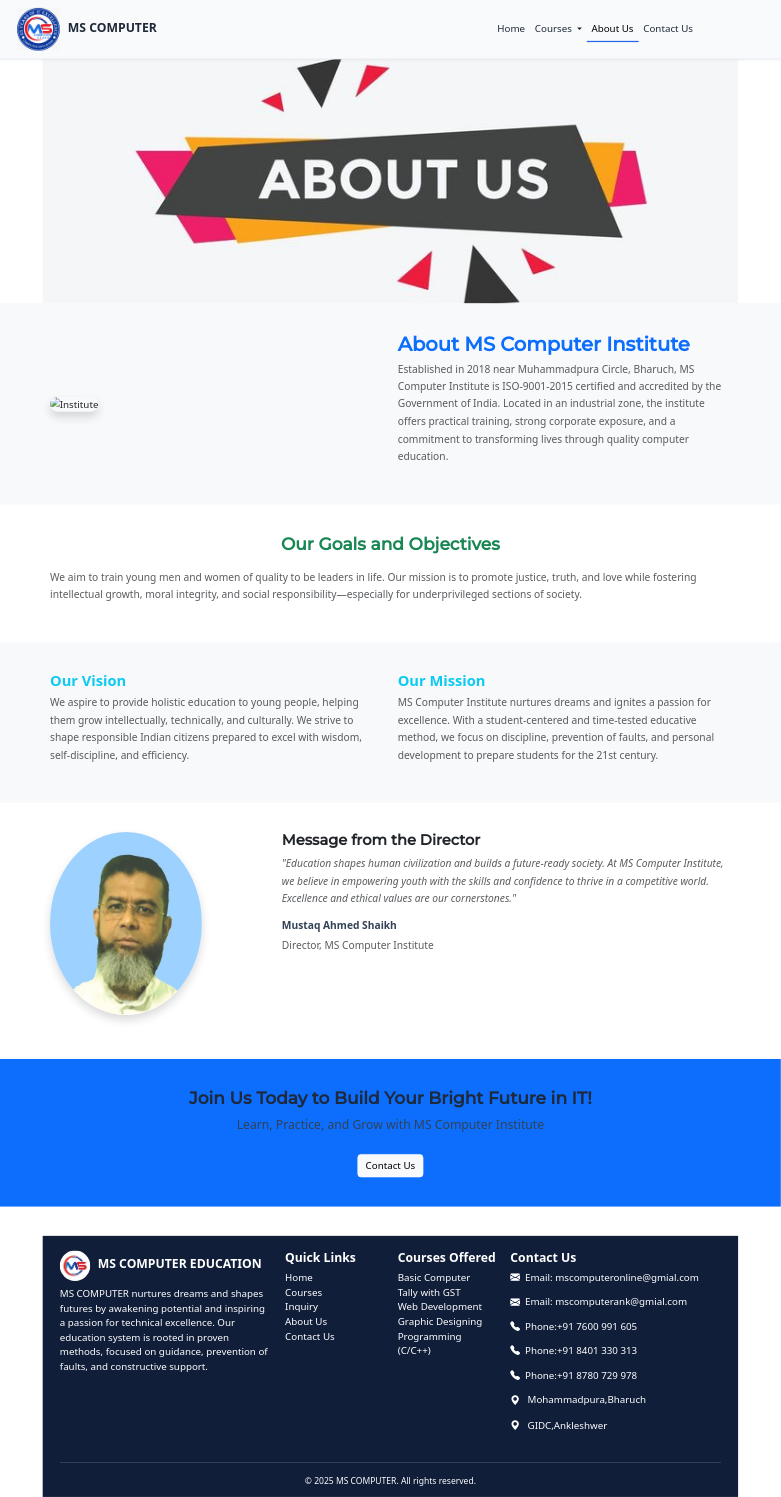
Repository: mscomputer2025/mscomputer
Page: http://localhost/aboutus
An editor plug-in stored every save of this project. The page is shown before and after the next save, followed by the edit.
The browser window is 1280 px wide. The pictures show the whole page, at 61% of full size.
Some web fonts or font styles are not loaded; a fallback is used. The page is served by the project's Laravel application, run on PHP 8.4 with Laravel 12. Queries for data that is not in the repository find no rows.

Above is the page before, as saved 2025-07-03 20:45:53.

After the next save:
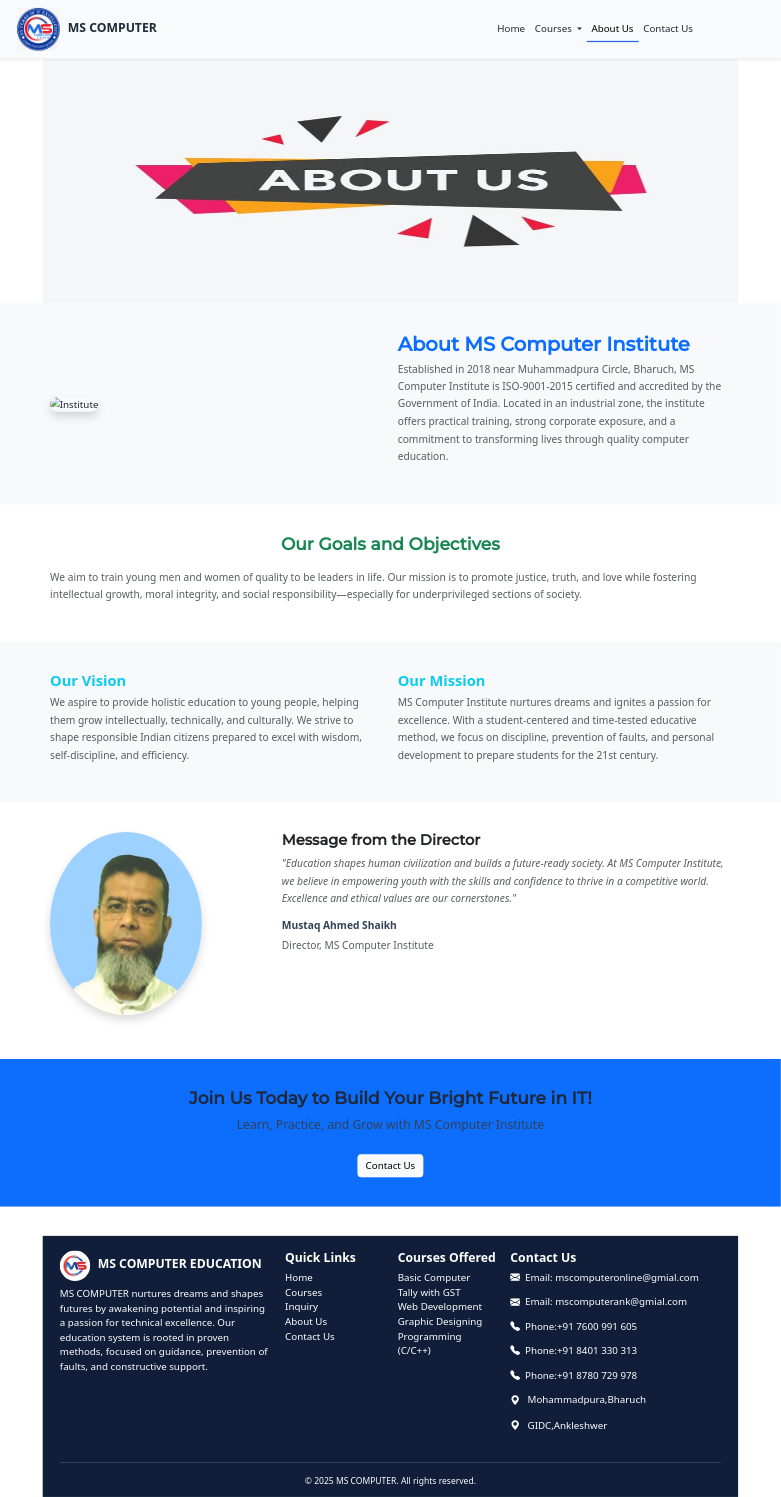
Saved 10 min 17 s later.
--- a/resources/views/aboutus.blade.php
+++ b/resources/views/aboutus.blade.php
@@ -7,7 +7,7 @@
     <!-- Hero Banner -->
     <div class="container p-0">
         <img src="{{ asset('images/about-hero.jpg') }}" class="img-fluid w-100"
-            style="max-height: 400px; object-fit: cover;" alt="MS Computer Institute">
+            style="max-height: 400px;" alt="MS Computer Institute">
     </div>
 
     <!-- About Section -->

After the save that followed:
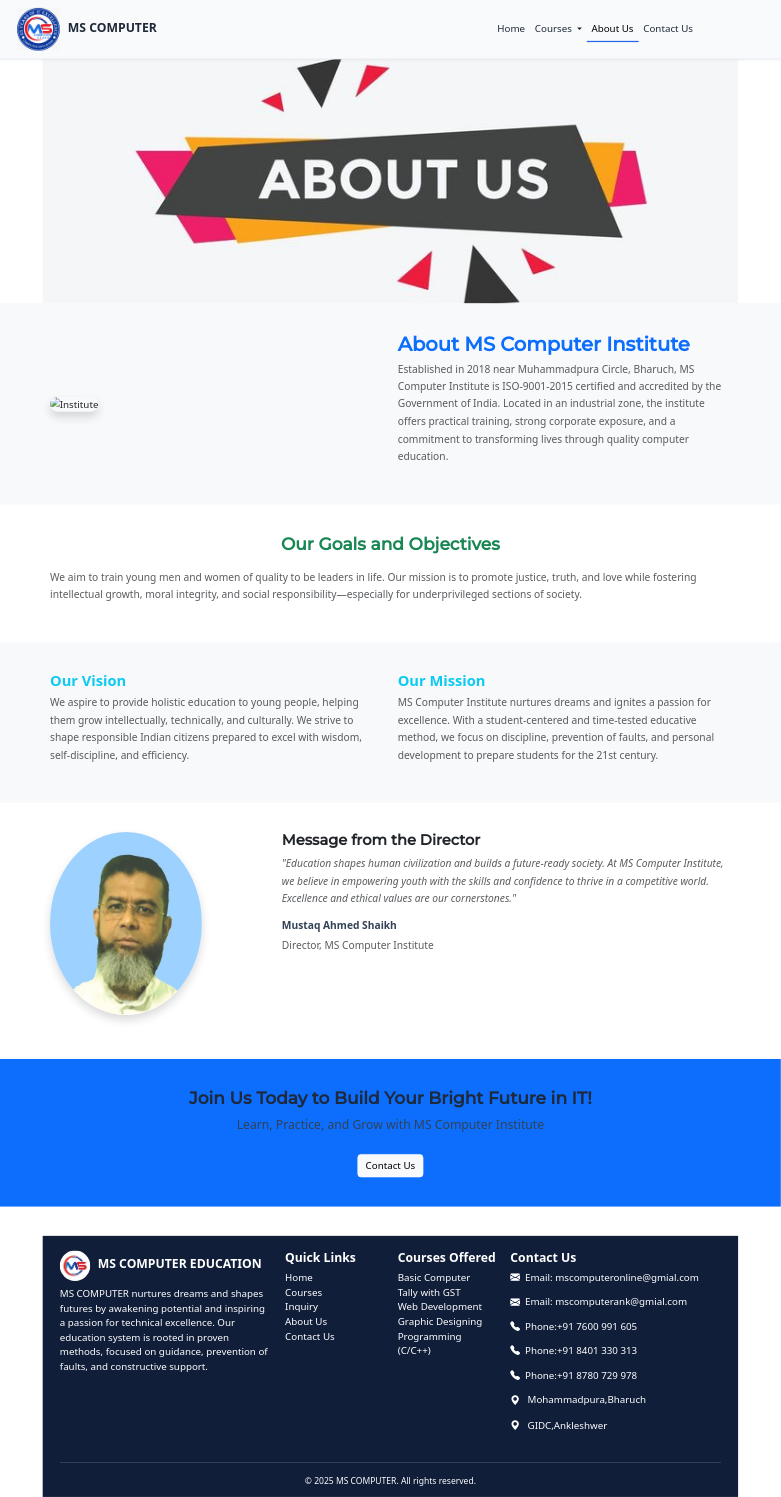
Saved 12 s later.
--- a/resources/views/aboutus.blade.php
+++ b/resources/views/aboutus.blade.php
@@ -7,7 +7,7 @@
     <!-- Hero Banner -->
     <div class="container p-0">
         <img src="{{ asset('images/about-hero.jpg') }}" class="img-fluid w-100"
-            style="max-height: 400px;" alt="MS Computer Institute">
+            style="max-height: 400px; object-fit: cover;" alt="MS Computer Institute">
     </div>
 
     <!-- About Section -->
